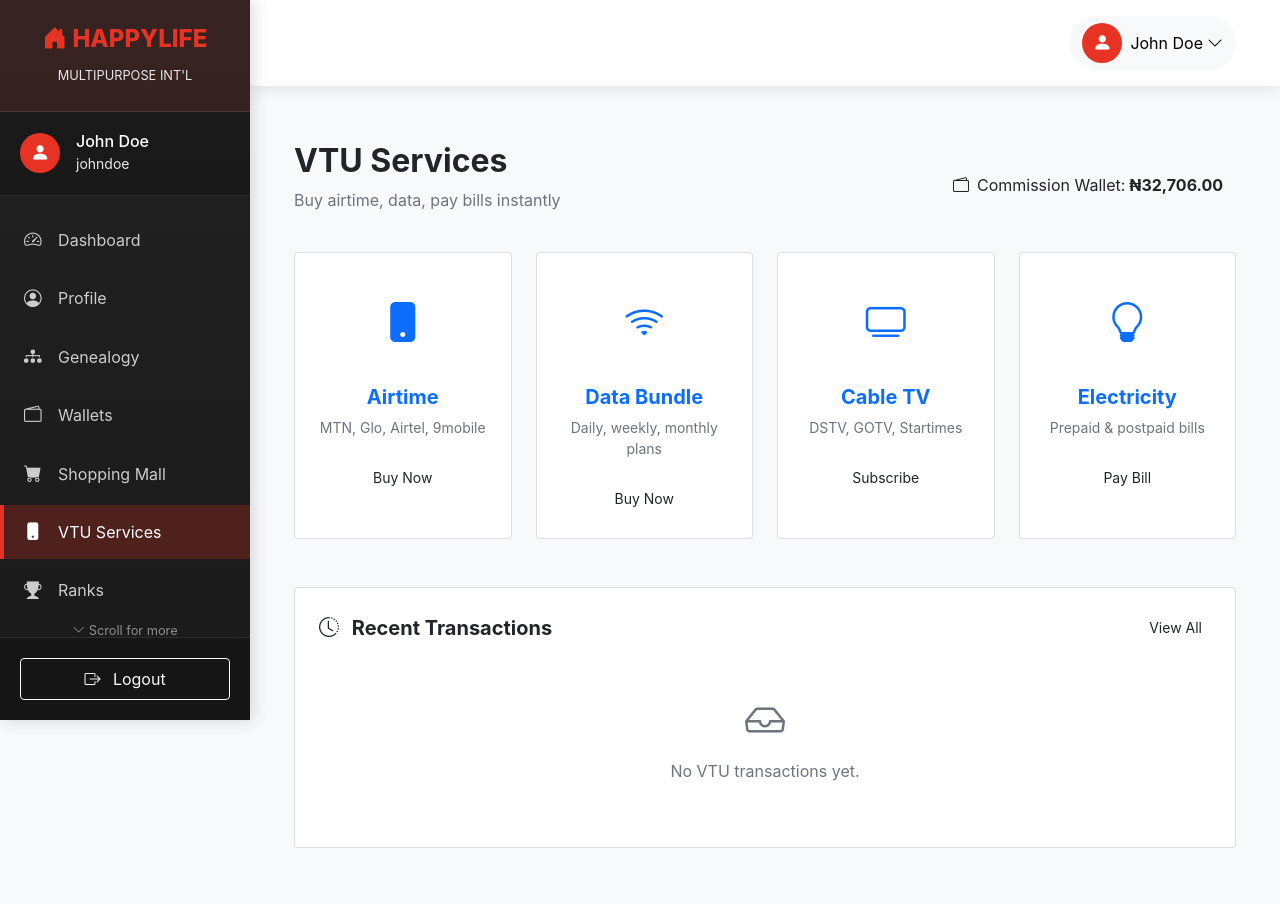
Repository: YackswebCode/happylife
Page: http://localhost/member/vtu
These files come from the project's save history. The page is drawn as it stood at one moment and after the next save; the edit follows.
The browser window is 1280 px wide. The pictures show the whole page.
The page is served by the project's Laravel application, run on PHP 8.4 with Laravel 12. The first stored user is signed in. The database holds what the project's SQL file puts in it. Queries for data that is not in the repository find no rows.

Above is the page before, as saved 2026-03-04 12:29:47.

After the next save:
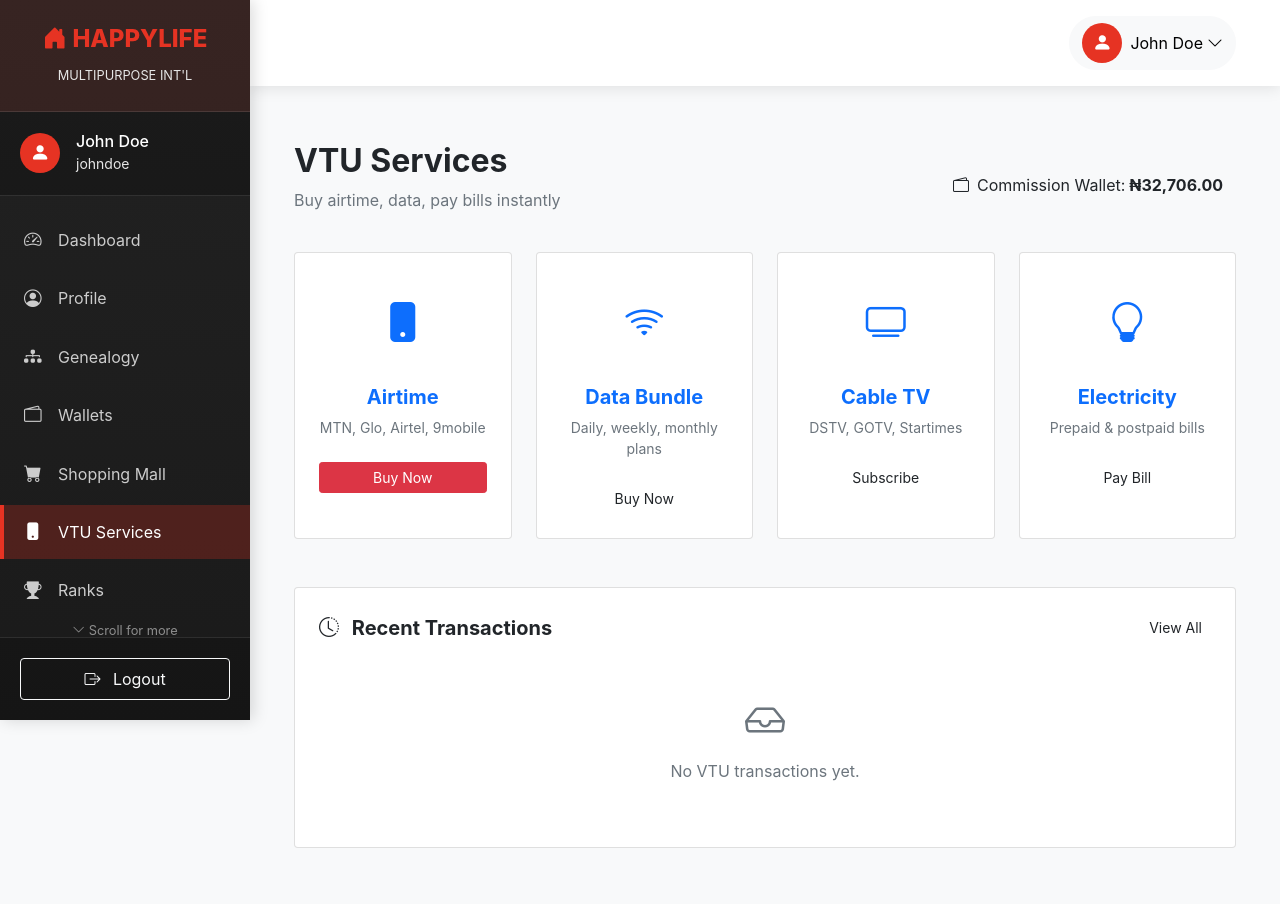
Saved 2 min 44 s later.
--- a/resources/views/member/vtu/index.blade.php
+++ b/resources/views/member/vtu/index.blade.php
@@ -26,7 +26,7 @@
                     </div>
                     <h5 class="fw-bold text-happylife-dark">Airtime</h5>
                     <p class="text-secondary small">MTN, Glo, Airtel, 9mobile</p>
-                    <span class="btn btn-sm btn-happylife-red mt-2">Buy Now</span>
+                    <span class="btn btn-sm btn-danger mt-2">Buy Now</span>
                 </div>
             </a>
         </div>
